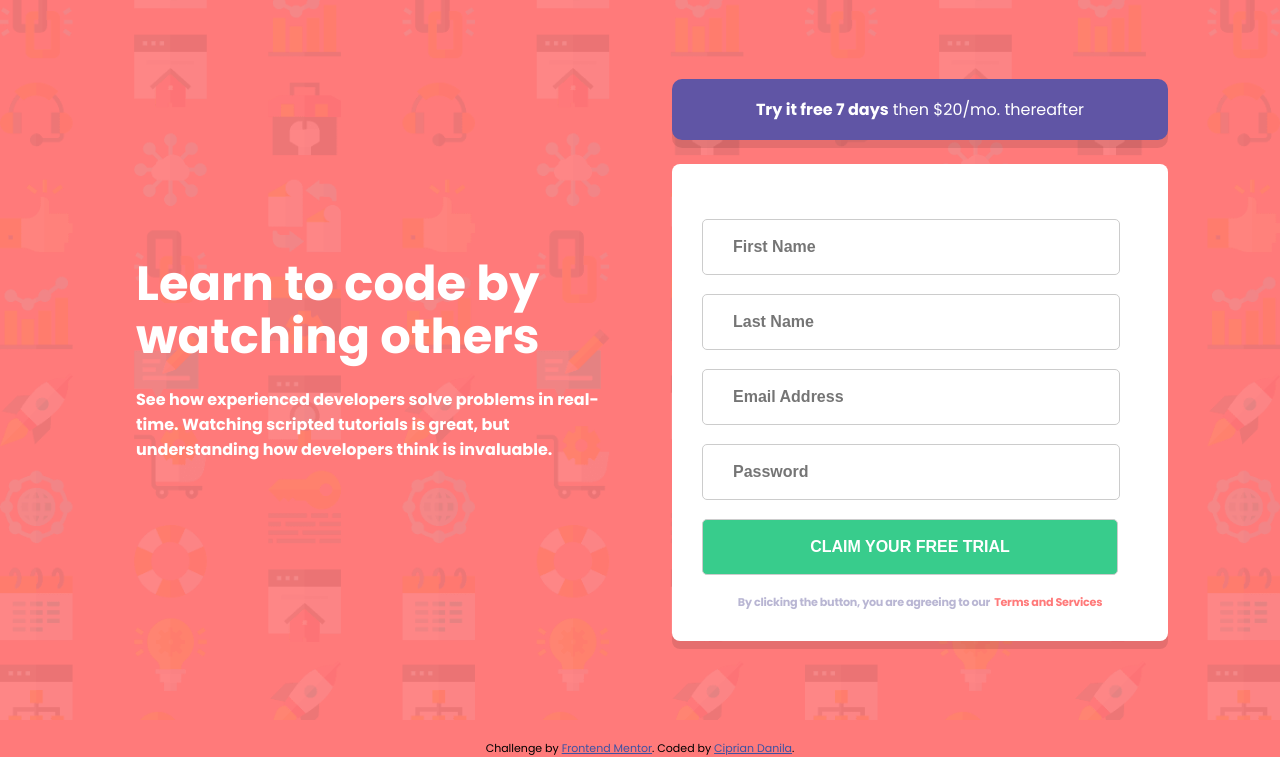
Repository: cipdanila/intro-component-with-sign-up-form
Page: index.html
The author's editor kept a copy of each file at every save. The page is drawn from the files as they stood at one save, then again after the next save.
The browser window is 1280 px wide. The pictures show the whole page.

Above is the page before, as saved 2024-02-14 17:28:40.

### index.html
<!DOCTYPE html>
<html lang="en">
    <head>
        <meta charset="UTF-8" />
        <meta name="viewport" content="width=device-width, initial-scale=1.0" />
        <!-- displays site properly based on user's device -->

        <link rel="icon" type="image/png" sizes="32x32" href="./images/favicon-32x32.png" />
        <link rel="stylesheet" href="styles.css" />
        <title>Frontend Mentor | Intro component with sign up form</title>
    </head>
    <body>
        <main>
            <div class="container">
                <section class="container-info">
                    <h1 class="learn">Learn to code by watching others</h1>
                    <p>
                        See how experienced developers solve problems in real-time. Watching scripted tutorials is great, but
                        understanding how developers think is invaluable.
                    </p>
                </section>
                <section class="container-form">
                    <h2 class="price"><span class="promo">Try it free 7 days</span> then $20/mo. thereafter</h2>
                    <div class="form">
                        <form action="">
                            <label for="fname"> </label><br />
                            <input type="text" name="fname" id="fname" class="input-field" placeholder="First Name" required />
                            <span class="error-message" id="fname-error">First Name cannot be empty</span>
                            <label for="lname"> </label><br />
                            <input type="text" name="lname" id="lname" placeholder="Last Name" required />
                            <span class="error-message" id="lname-error">Last Name cannot be empty</span>
                            <label for="email"> </label><br />
                            <input type="email" name="email" id="email" placeholder="Email Address" required />
                            <span class="error-message" id="email-error">Looks like this is not an email</span>
                            <span class="error-message" id="email-error2">Email Adress cannot be empty</span>
                            <label for="password"></label>
                            <input type="password" name="password" id="password" placeholder="Password" required />
                            <span class="error-message" id="password-error">Password cannot be empty</span>
                            <button type="submit" id="login-button">Claim your free trial</button>
                            <p>By clicking the button, you are agreeing to our <span class="terms">Terms and Services</span></p>
                        </form>
                    </div>
                </section>
            </div>
        </main>

        <footer>
            <div class="attribution">
                Challenge by
                <a
                    href="https://www.frontendmentor.io/challenges/intro-component-with-signup-form-5cf91bd49edda32581d28fd1/hub"
                    target="_blank"
                    rel="noopener noreferer"
                    >Frontend Mentor</a
                >. Coded by <a href="https://github.com/cipdanila" target="_blank" rel="noopener noreferer">Ciprian Danila</a>.
            </div>
        </footer>
    </body>
</html>

### styles.css
@import url("https://fonts.googleapis.com/css2?family=Poppins:wght@400;500;600;700&display=swap");

:root {
    /* Colors */
    /* Primary */
    --red: hsl(0, 100%, 74%);
    --green: hsl(154, 59%, 51%);
    /* Accent */
    --blue: hsl(248, 32%, 49%);
    /* Neutral */
    --dark-blue: hsl(249, 10%, 26%);
    --grayish-blue: hsl(246, 25%, 77%);
    --white: #fff;
    /* Other variables */
    --font-size-base: 1rem; /* 16px */
    --font-weight-base: 400;
}

*,
*::after,
*::before {
    margin: 0;
    padding: 0;
    box-sizing: border-box;
}

body,
html {
    font-family: "Poppins", sans-serif;
    font-size: var(--font-size-base);
    font-weight: var(--font-weight-base);
    background-color: var(--red);
}

main {
    display: flex;
    justify-content: center;
    align-items: center;
    height: 100vh;
    background-color: var(--red);
    background-image: url("./images/bg-intro-desktop.png");
    background-size: cover;
    background-position: center;
    width: 100%;
}

.container {
    min-height: 100vh;
    display: flex;
    flex-direction: row;
    align-items: center;
    justify-content: center;
    padding: 5rem;
}

section {
    max-width: 100%;
    width: 50%;
    display: flex;
    flex-direction: column;
    align-items: center;
    justify-content: center;
    padding: 2rem;
}

.learn {
    font-size: 3rem;
    font-weight: 700;
    color: #fff;
    line-height: 3.3rem;
    padding: 1.5rem;
}

.container-info p {
    color: var(--white);
    padding: 0 0 1.5rem 1.5rem;
    font-weight: 700;
}

.form {
    background-color: #fff;
    padding: 1.875rem;
    border-radius: 0.5rem;
    box-shadow: rgba(0, 0, 0, 0.1) 0px 0.5rem;
    display: flex;
    flex-direction: column;
    align-items: center;
    justify-content: center;
}

.price {
    width: 100%;
    font-size: 1rem;
    font-weight: 400;
    box-shadow: rgba(0, 0, 0, 0.1) 0px 0.5rem;
    display: flex;
    align-items: center;
    justify-content: center;
    background-color: var(--blue);
    color: #fff;
    padding: 1.125rem;
    border-radius: 0.625rem;
    margin-bottom: 1.5rem;
}

.price span {
    font-weight: 700;
    margin-right: 0.25rem;
}

input[type="text"],
input[type="email"],
input[type="password"] {
    width: calc(100% - 1.125rem);
    padding: 1.125rem;
    margin-bottom: 1.200rem;
    border-radius: 5px;
    border: 1px solid #ccc;
    color: var(--dark-blue);
    font-size: 1rem;
    font-weight: 700;
    text-indent: 0.75rem;
}

input {
    border-style: none;
    outline: none;
}

input:focus {
    border: 1px solid var(--blue);
}

.input-field {
    border: 1px solid var(--dark-blue);
}

.input-field.input-error {
    border-color: var(--red);
}

.input-field.input-error::after {
    content: "";
    position: absolute;
    top: 50%;
    right: 10px;
    transform: translateY(-50%);
    width: 10px;
    height: 10px;
    background-image: url(./images/icon-error.svg);
    background-size: contain;
    background-color: var(--red);
    border-radius: 50%;
}

.error-message {
    display: none;
    color: var(--red);
    font-size: 12px;
    margin-top: 5px;
}

.error-message.show {
    display: block;
}

button {
    background-color: var(--green);
    color: #fff;
    cursor: pointer;
    width: calc(100% - 1.25rem);
    padding: 1.125rem;
    margin-bottom: 1.200rem;
    border-radius: 5px;
    border: 1px solid #ccc;
    font-size: 1rem;
    font-weight: 700;
    text-transform: uppercase;
}

button:hover {
    background-color: hsl(154, 59%, 68%);
    cursor: pointer;
}

form p {
    color: var(--grayish-blue);
    font-size: 0.7rem;
    font-weight: 700;
    letter-spacing: -0.016rem;
    display: flex;
    align-items: center;
    justify-content: center;
}

.terms {
    color: var(--red);
    padding-left: 4px;
    font-weight: 700;
}

footer {
    margin-top: 20px;
    text-align: center;
}

.attribution {
    font-size: 11px;
    text-align: center;
}

.attribution a {
    color: hsl(228, 45%, 44%);
}

/* @media (max-width: 650px) {
    main {
        height: auto;
    }
    .container {
        width: 100%;
        flex-direction: column;
        padding: 1rem;
    }
    section {
        width: 100%;
        padding: 1rem;
    }

    .learn {
        font-size: 1.6rem;
        line-height: normal;
        margin: 3rem;
        padding: 1rem;
    }
} */

@media screen and (max-width: 768px) {
    .container {
        flex-direction: column;
        text-align: center;
        padding: 3rem;
    }

    section {
        width: 100%;
    }

    .container-form {
        margin-bottom: 5rem;
        margin-right: 0;
    }
}

After the next save:
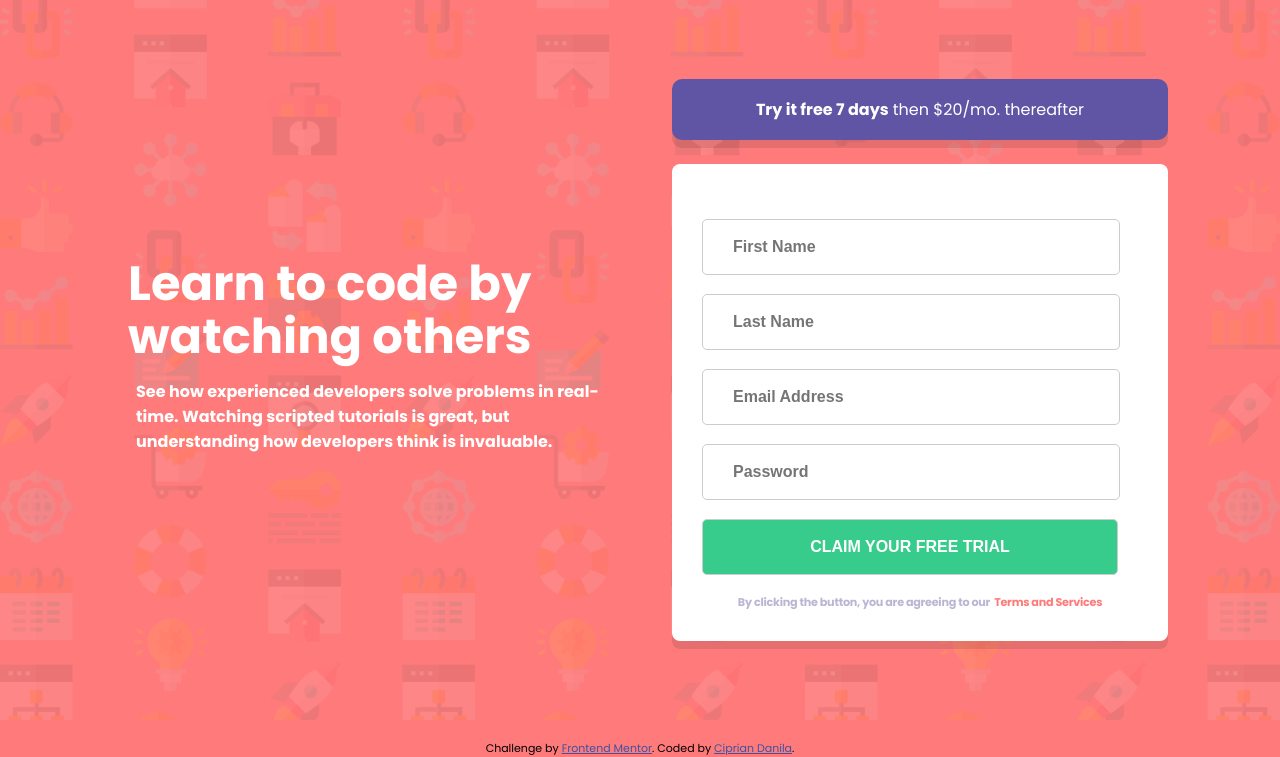
Saved 13 s later.
--- a/styles.css
+++ b/styles.css
@@ -68,7 +68,7 @@
     font-weight: 700;
     color: #fff;
     line-height: 3.3rem;
-    padding: 1.5rem;
+    padding: 1rem;
 }
 
 .container-info p {
